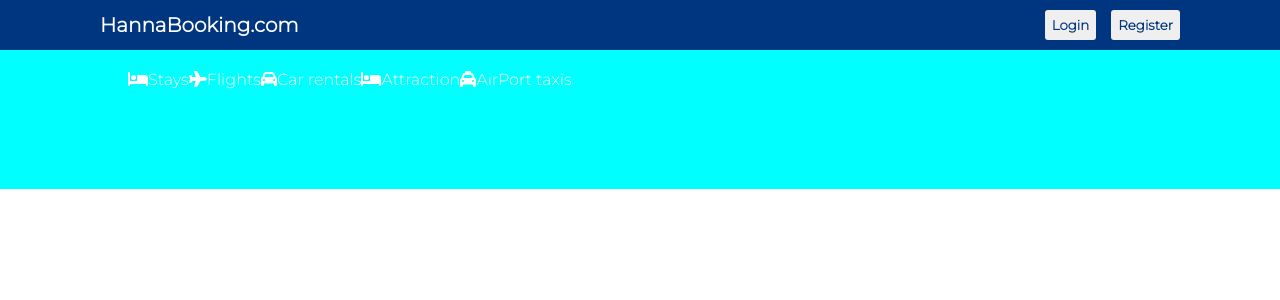
Repository: truongnguyenuit/BookingWebApp
Page: /
These files come from the project's save history. The page is drawn as it stood at one moment and after the next save; the edit follows.
The browser window is 1280 px wide. The pictures show the whole page.
The project was rebuilt for these pictures with package versions that can differ from the ones it lists, and the page was loaded fresh each time.

Above is the page before, as saved 2022-05-26 15:20:23.

After the next save:
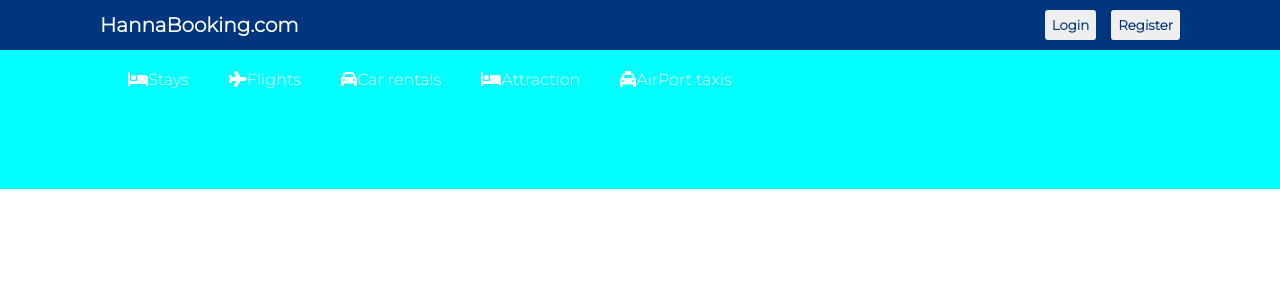
Saved 8 s later.
--- a/src/components/header/header.css
+++ b/src/components/header/header.css
@@ -12,4 +12,6 @@
 }
 .headerList {
     display: flex;
+    gap: 40px;
+
 }
